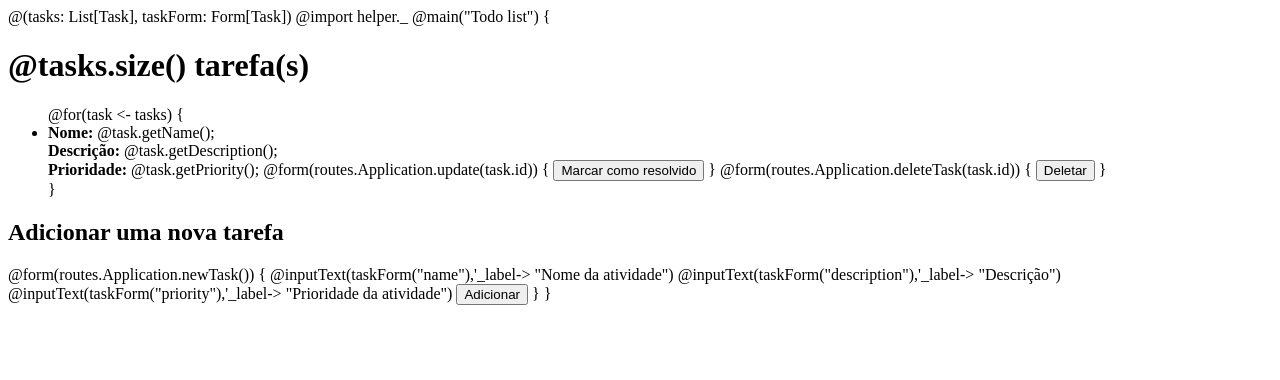
Repository: analuizamtg/si1
Page: lab2/todolist/.target/views/index.scala.html
These files come from the project's save history. The page is drawn as it stood at one moment and after the next save; the edit follows.
The browser window is 1280 px wide. The pictures show the whole page.

Above is the page before, as saved 2013-11-26 22:32:38.

After the next save:
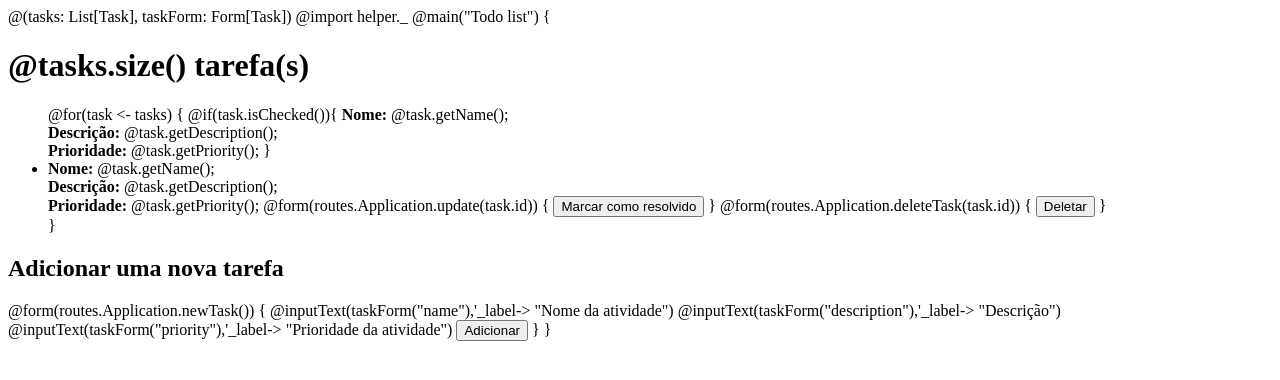
Saved 3 min 20 s later.
--- a/lab2/todolist/.target/views/index.scala.html
+++ b/lab2/todolist/.target/views/index.scala.html
@@ -8,6 +8,13 @@
 
     <ul>
         @for(task <- tasks) {
+        	@if(task.isChecked()){
+        		<b>Nome:</b> @task.getName();
+                <br>
+                <b>Descrição:</b>  @task.getDescription();
+                <br>
+                <b>Prioridade:</b> @task.getPriority();
+        	}
             <li>
                 <b>Nome:</b> @task.getName();
                 <br>
